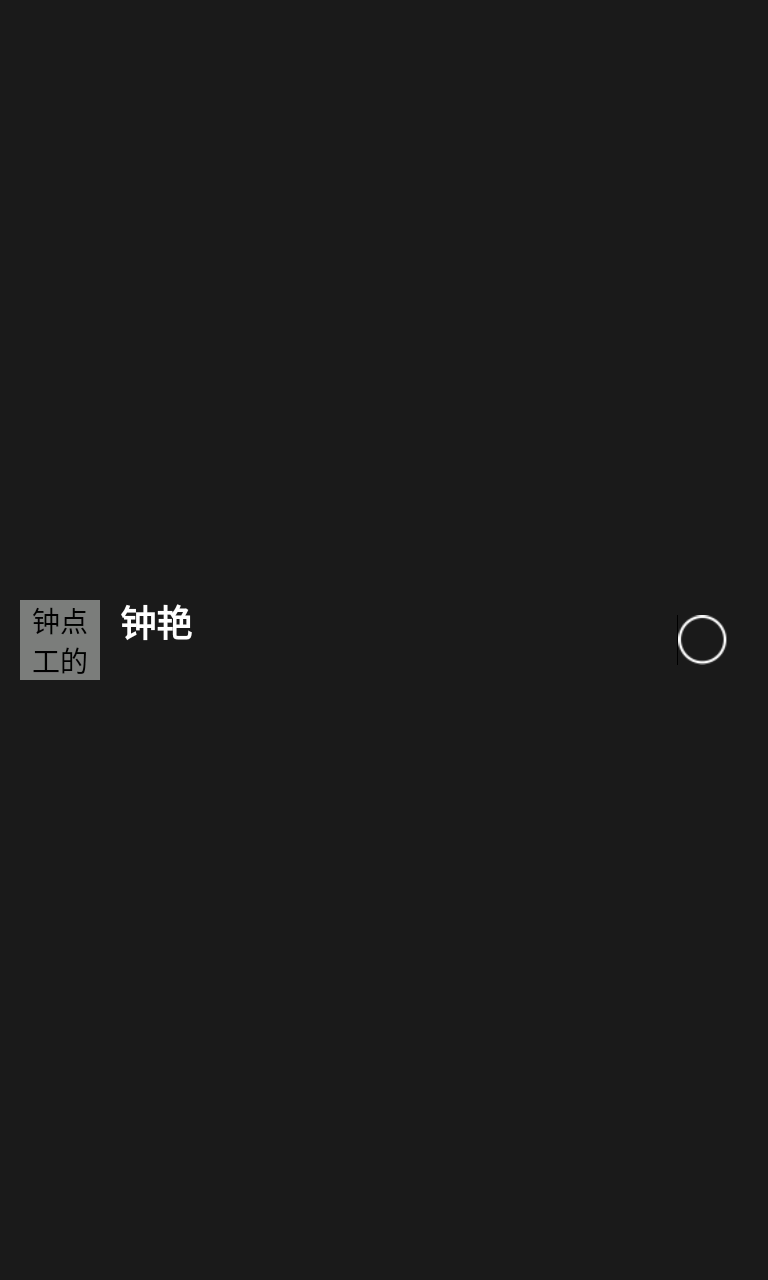
Repository: appleseedez/rongmeme-android
Layout: rmm/res/layout/hourlyemployee_xlistview_item.xml
These files come from the project's save history. The layout is drawn as it stood at one moment and after the next save; the edit follows.
Pictures or frames that could not be fetched are drawn as grey boxes. It is drawn on a 768 x 1280 px phone screen (xhdpi) without system bars, with theme AppTheme; the app's code is not run.

Above is the layout before, as saved 2014-07-02 13:17:47.

### rmm/res/layout/hourlyemployee_xlistview_item.xml
<?xml version="1.0" encoding="utf-8"?>
<RelativeLayout xmlns:android="http://schemas.android.com/apk/res/android"
    android:layout_width="fill_parent"
    android:layout_height="60dp"
    android:background="@drawable/cell_back_normal" >

    <org.dragon.rmm.widget.image.RoundCornerImageView
        android:id="@+id/employeeHeadPortraitImageView"
        android:layout_width="40dp"
        android:layout_height="40dp"
        android:layout_centerVertical="true"
        android:layout_marginBottom="10dp"
        android:layout_marginLeft="10dp"
        android:layout_marginTop="10dp"
        android:contentDescription="@string/employee_head_portrait_imageview_des"
        android:gravity="center"
        android:layerType="software"
        android:scaleType="fitXY"
        android:src="@drawable/default_head_portrait" />

    <RelativeLayout
        android:id="@+id/employeeInfoContentRelativeLayout"
        android:layout_width="wrap_content"
        android:layout_height="match_parent"
        android:layout_centerVertical="true"
        android:layout_marginBottom="10dp"
        android:layout_marginTop="10dp"
        android:layout_toRightOf="@id/employeeHeadPortraitImageView"
        android:gravity="center_vertical" >

        <TextView
            android:id="@+id/employeeNameTextView"
            android:layout_width="wrap_content"
            android:layout_height="wrap_content"
            android:layout_marginLeft="10dp"
            android:text="@string/employee_default_nickname_text"
            android:textColor="@color/white"
            android:textSize="18sp"
            android:textStyle="bold" />

        <TextView
            android:id="@+id/priceRangeTextView"
            android:layout_width="wrap_content"
            android:layout_height="wrap_content"
            android:layout_marginLeft="10dp"
            android:layout_toRightOf="@id/employeeNameTextView"
            android:singleLine="true"
            android:textColor="@color/white"
            android:textSize="13sp" />

        <TextView
            android:id="@+id/skillsTextView"
            android:layout_width="200dp"
            android:layout_height="wrap_content"
            android:layout_below="@id/employeeNameTextView"
            android:layout_gravity="center"
            android:layout_marginLeft="10dp"
            android:textColor="@color/white"
            android:textSize="13sp" />
    </RelativeLayout>

    <CheckBox
        android:id="@+id/employeeCheckBox"
        style="@style/CustomCheckboxTheme"
        android:layout_width="wrap_content"
        android:layout_height="wrap_content"
        android:layout_alignParentRight="true"
        android:layout_centerVertical="true"
        android:layout_marginRight="20dp"
        android:clickable="false"
        android:focusable="false"
        android:scaleType="center" />

</RelativeLayout>

### rmm/res/values/styles.xml
<resources xmlns:android="http://schemas.android.com/apk/res/android">

    <!-- Application theme. -->
    <style name="AppTheme" parent="@android:style/Theme.Black.NoTitleBar">
        <!-- All customizations that are NOT specific to a particular API-level can go here. -->
    </style>

    <style name="CustomCheckboxTheme" parent="@android:style/Widget.CompoundButton.CheckBox">
        <item name="android:button">@drawable/checkbox_style</item>
    </style>

    <style name="title">
        <item name="android:layout_height">wrap_content</item>
        <item name="android:layout_width">wrap_content</item>
        <item name="android:background">@null</item>
        <item name="android:gravity">center</item>
        <item name="android:textColor">@android:color/white</item>
        <item name="android:textSize">18sp</item>
    </style>

    <style name="button" parent="@style/title">
        <item name="android:background">@drawable/btn_button</item>
    </style>

    <style name="title.small" parent="@style/title">
        <item name="android:textSize">16sp</item>
    </style>

    <style name="itembg">
        <item name="android:background">#44aaaaaa</item>
        <item name="android:minHeight">60dip</item>
        <item name="android:paddingBottom">14dip</item>
        <item name="android:paddingLeft">20dip</item>
        <item name="android:paddingRight">20dip</item>
        <item name="android:paddingTop">14dip</item>
    </style>

    <style name="edit">
        <item name="android:layout_height">wrap_content</item>
        <item name="android:layout_width">wrap_content</item>
        <item name="android:textColorHint">@android:color/white</item>
        <item name="android:background">@drawable/edit</item>
        <item name="android:textColor">#797979</item>
        <item name="android:paddingLeft">10dip</item>
    </style>

    <style name="ratingbar" parent="@android:style/Widget.RatingBar">
        <item name="android:progressDrawable">@drawable/ratingbar</item>
        <item name="android:indeterminateDrawable">@drawable/ratingbar</item>
        <item name="android:minHeight">22dip</item>
        <item name="android:maxHeight">22dip</item>
    </style>

    <style name="share">
        <item name="android:layout_height">wrap_content</item>
        <item name="android:layout_width">wrap_content</item>
        <item name="android:minHeight">120dip</item>
        <item name="android:scaleType">centerInside</item>
        <item name="android:background">#44aaaaaa</item>
    </style>

    <style name="dialog" parent="@android:style/Theme.Dialog">
        <item name="android:windowIsTranslucent">false</item>
        <item name="android:windowNoTitle">true</item>
        <item name="android:windowFrame">@null</item>
        <item name="android:windowBackground">@android:color/transparent</item>
        <item name="android:windowIsFloating">true</item>
        <item name="android:windowContentOverlay">@null</item>
        <item name="android:windowTitleStyle">@null</item>
        <item name="android:windowAnimationStyle">@android:style/Animation.Dialog</item>
        <item name="android:windowSoftInputMode">stateUnspecified|adjustPan</item>
        <item name="android:backgroundDimEnabled">false</item>
        <item name="android:background">@android:color/transparent</item>
    </style>

    <style name="order_server_empty">
        <item name="android:layout_height">wrap_content</item>
        <item name="android:layout_width">0dp</item>
        <item name="android:drawableTop">@drawable/icon_order_server_empty</item>
        <item name="android:gravity">center_horizontal</item>
        <item name="android:drawablePadding">10dp</item>
        <item name="android:text">@string/order_server_text_default</item>
        <item name="android:textColor">@android:color/white</item>
        <item name="android:textSize">16sp</item>
    </style>

</resources>

### rmm/res/values/strings.xml
<?xml version="1.0" encoding="utf-8"?>
<resources>
    <string name="app_name">蓉么么</string>
    <string name="menu_settings">Settings</string>
    <string name="pull_to_refresh_tap_label">Tap to refresh</string>
    <string name="pull_to_refresh_refreshing_label">刷新</string>
    <string name="pull_to_refresh_footer_refreshing_label">加载中</string>
    <string name="refresh_down_text">下拉刷新</string>
    <string name="refresh_release_text">松开后刷新</string>
    <string name="xlistview_header_hint_normal">下拉刷新</string>
    <string name="xlistview_header_hint_ready">松开刷新数据</string>
    <string name="xlistview_header_hint_loading">正在加载...</string>
    <string name="xlistview_header_last_time">上次更新时间：</string>
    <string name="xlistview_footer_hint_normal">查看更多</string>
    <string name="xlistview_footer_hint_ready">松开载入更多</string>
    <string name="no_network_connected_status_pop">亲网络不给力啊</string>
    <string name="no_location_error">暂时无法获取当前位置</string>
    <string name="nha_no_net_work_toast">亲，没有网络，请返回在设置中打开网络连接才能定位。</string>
    <!-- dengjie -->
    <string name="back_navigation_imagebutton_desc">返回按钮</string>
    <string name="cleaning_tv_title_text">保洁</string>
    <string name="cleaning_view_flow_btn_text">观看流程</string>
    <string name="cleaning_custom_flow_btn_text">我要定制</string>
    <string name="si_big_category_start_level_imageview_desc">保洁星级服务大类icon</string>
    <string name="si_big_category_pull_down_imageButton_desc">保洁星级下拉按钮icon</string>
    <string name="ssi_small_category_name_title_text">服务项目</string>
    <string name="ssi_small_category_checkbox_imageButton_desc">勾选框</string>
    <string name="he_tv_title_text">钟点工</string>
    <string name="he_next_flow_button_desc">钟点工下一步按钮</string>
    <string name="employee_default_nickname_text">钟艳</string>
    <string name="employee_head_portrait_imageview_des">钟点工的圆角头像</string>
    <string name="ca_tip_msg_textview_defalut_text">您选择了一星保洁服务</string>
    <string name="ca_confirm_appointment_btn_text">确认预约</string>
    <string name="ca_contact_custom_service_text">联系客服</string>
    <string name="ssia_small_category_checkbox_imageButton_desc">勾选框</string>
    <string name="ssia_small_category_name_title_text">服务项目</string>
    <string name="cc_confirm_appointment_btn_text">确认预约</string>
    <string name="cc_contact_custom_service_text">联系客服</string>
    <string name="cc_tip_msg_textview_defalut_text">请选择您需要的服务</string>
    <string name="cc_tv_title_text">自选服务</string>
    <string name="hsa_tv_title_text">预约</string>
    <string name="hsa_tip_msg_textview_defalut_text">您已选择以下服务人员</string>
    <string name="hsa_send_appointment_btn_text">发送预约</string>
    <string name="hsa_phone_textview_hint">请输入手机号码</string>
    <string name="nmd_msg_content_textview_default_text">预约单已经发送\n稍后客服人员会通过\n%s\n联系您</string>
    <string name="nmd_msg_content_textview_default_faild_text">亲网络不好，请稍等一下</string>
    <string name="nmd_close_btn_desc">弹出框的描述</string>
    <string name="sss_tv_title_text">选择门店</string>
    <string name="he_send_appointment_no_phone_error">请输入手机号</string>
    <string name="confirm_custom_appointment_no_check">请选择服务内容</string>

    <item name="cleaning_big_category_tag" type="id"></item>

    <!-- dengjie -->

	<!-- Common -->
	  <string name="image_content_description">占位图标</string>

    <!-- Portal -->
    <string name="activity_label_app_portal">AppPortal</string>
    <string name="label_app_portal_user_center">个人中心</string>
    <string name="label_app_portal_dry_cleaning">干洗</string>
    <string name="label_app_portal_scan_barcode">扫一扫</string>

    <!-- Navigator -->
    <string name="label_navigator_backward">返回</string>
    <string name="label_navigator_forward"></string>
    <string name="label_navigator_forward_refresh">刷新</string>
    <string name="label_navigator_forward_comment">评价</string>
    <string name="label_navigator_title"></string>

    <!-- Dry Cleaning -->
    <string name="activity_label_dry_cleaning_portal">干洗</string>
    <string name="activity_label_dry_cleaning_reservation">干洗预约单</string>
    <string name="dry_cleaning_navigator_title">干洗列表</string>
    <string name="dry_cleaning_navigator_forward">选择</string>
    <string name="dry_cleaning_reserve_title">干洗预约</string>
    <string name="dry_cleaning_reserve_support">联系客服</string>
    <string name="dry_cleaning_reserve_telephone">联系电话</string>
    <string name="dry_cleaning_reserve_address">联系地址</string>
    <string name="dry_cleaning_reserve_confirmed">确认预定</string>
    <string name="dry_cleaning_reserve_failture">预定失败</string>
     <string name="dry_cleaning_reserve_disclaimer_title">免责声明</string>
    <string name="dry_cleaning_reserve_disclaimer">免责声明免责声明免责声明免责声明免责声明免责声明免责声明免责声明免责声明免责声明免责声明免责声明免责声明免责声明免责声明免责声明免责声明免责声明免责声明免责声明免责声明免责声明免责声明免责声明免责声明免责声明免责声明免责声明</string>
    <string name="dry_cleaning_reserve_disclaimer_accept">同意</string>
    <string name="dry_cleaning_reserve_disclaimer_notification">请查看并同意免责声明</string>
    <string name="dry_cleaning_reserve_good">物品</string>
    <string name="dry_cleaning_reserve_amount">数量</string>
    <string name="dry_cleaning_reserve_price">单价</string>
    <string name="dry_cleaning_reserve_total_price">总计</string>
    <string name="dry_cleaning_reserve_send_reservation">发送预约</string>
    <string name="dry_cleaning_reserve_notification_part_a">预约单已经发送\n稍后客服人员会通过\n</string>
    <string name="dry_cleaning_reserve_notification_part_b">\n联系您</string>

    <!-- User Center -->
    <string name="activity_label_user_center_portal">个人中心</string>
    <string name="activity_label_user_order_detail">订单详情</string>
    <string name="activity_label_user_profile">个人设置</string>
    <string name="user_center_forward_label">个人设置</string>
    <string name="user_profile_telephone_label">联系电话</string>
    <string name="user_profile_address_label">联系地址</string>
    <string name="user_profile_address_changed_success">修改成功</string>
    <string name="user_profile_address_changed_failture">修改失败</string>
    <string name="title_activity_order_portal">OrderPortal</string>

    <!-- User Order -->
    <string name="order_type_text_unknown">未知订单</string>
    <string name="order_type_text_cleaning">保洁订单</string>
    <string name="order_type_text_dry_cleaning">干洗订单</string>
    <string name="order_status_text_unknown">未服务</string>
    <string name="order_status_text_pending">未服务</string>
    <string name="order_status_text_unassigned">处理中</string>
    <string name="order_status_text_serving">服务中</string>
    <string name="order_status_text_served">已完成</string>
    <string name="order_status_text_served_text">服务完成</string>
    <string name="order_status_text_cancelled">取消</string>
    <string name="order_service_text_title">名称</string>
    <string name="order_service_text_amount">数量</string>
    <string name="order_service_text_price">单价</string>
    <string name="order_service_text_total_price">总计</string>

    <!-- Payment -->
    <string name="payment_alipay_label">使用支付宝支付</string>
    <string name="payment_alipay_success">支付成功</string>
    <string name="payment_alipay_failture">支付成功</string>
    <string name="payment_order_type_cleaning">蓉么么保洁服务订单</string>
    <string name="payment_order_type_dry_cleaning">蓉么么干洗服务订单</string>
    <string name="payment_order_type_hourly_worker">蓉么么钟点工服务订单</string>
    <string name="payment_order_description">随便说说就好 这是文案</string>
</resources>

### rmm/res/values/colors.xml
<?xml version="1.0" encoding="utf-8"?>
<resources>

    <color name="title">#ba4c62</color>
    <color name="black">#000000</color>
    <color name="white">#FFFFFF</color>
    <color name="blue">#6BADF6</color>
    <!-- 自定义的颜色，通用颜色 -->
    <!-- R:180 G:174 B:165 距离可以删除-->

    <!-- R197G191B186 -->
    <color name="R197G191B186">#C5BFBA</color>
    <color name="R199G183B161">#C7B7A1</color>
    <color name="R144G140B131">#6B6557</color>
    <color name="R96G99B102">#606366</color>
    <color name="R219G185B111">#DBB96F</color>
    <color name="R61G85B1">#3D5501</color>

	<color name="backgroud_black">#66222222</color>
	<color name="backgroud_white">#66FFFFFF</color>

	<color name="R61G85B1">#618510</color>
</resources>

### rmm/res/drawable/checkbox_style.xml
<?xml version="1.0" encoding="utf-8"?>
<selector xmlns:android="http://schemas.android.com/apk/res/android">

    <item android:drawable="@drawable/btn_check_s" android:state_checked="true"/>
    <item android:drawable="@drawable/btn_check_n" android:state_checked="false"/>
    <item android:drawable="@drawable/btn_check_n"/>

</selector>

After the next save:
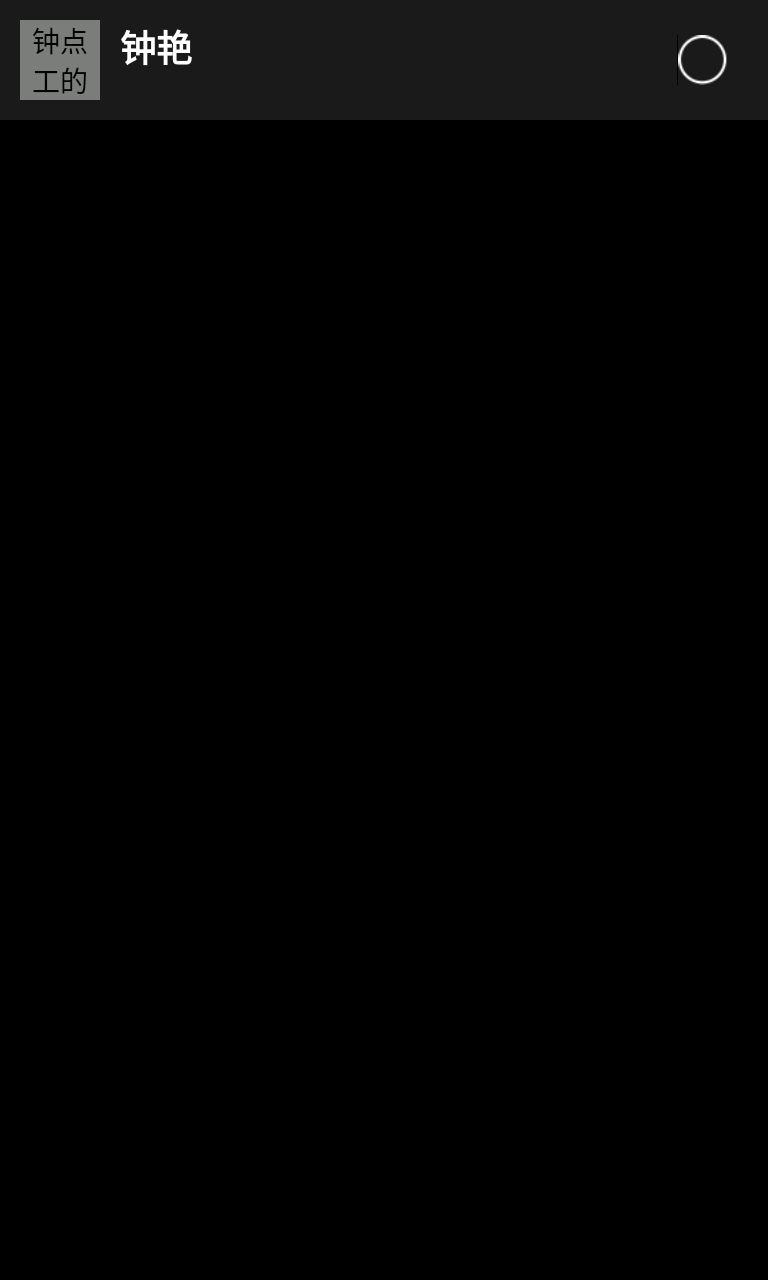
Saved 36 s later.
--- a/rmm/res/layout/hourlyemployee_xlistview_item.xml
+++ b/rmm/res/layout/hourlyemployee_xlistview_item.xml
@@ -1,5 +1,9 @@
 <?xml version="1.0" encoding="utf-8"?>
-<RelativeLayout xmlns:android="http://schemas.android.com/apk/res/android"
+<LinearLayout xmlns:android="http://schemas.android.com/apk/res/android"
+    android:layout_width="match_parent"
+    android:layout_height="wrap_content"
+    android:orientation="vertical" >
+<RelativeLayout
     android:layout_width="fill_parent"
     android:layout_height="60dp"
     android:background="@drawable/cell_back_normal" >
